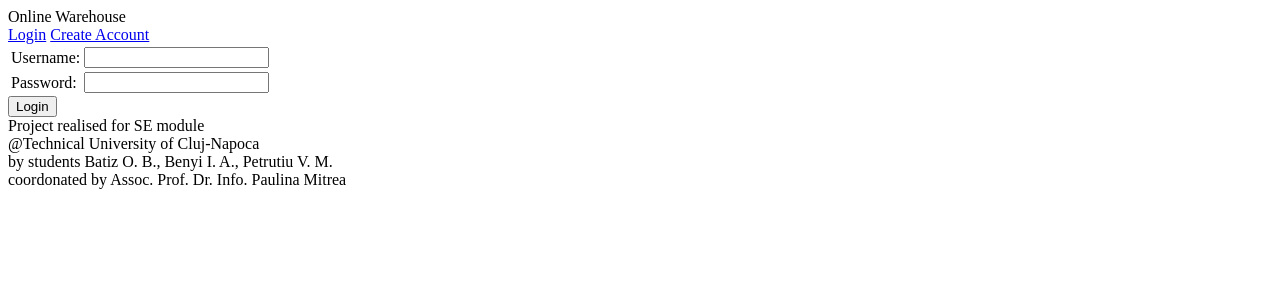
Repository: orsi-batiz/SEwithJSP
Page: http://localhost/OnlineWarehouse/login.jsp
The author's editor kept a copy of each file at every save. The page is drawn from the files as they stood at one save, then again after the next save.
The browser window is 1280 px wide. The pictures show the whole page.
The page is served by Tomcat 9.

Above is the page before, as saved 2019-01-16 17:01:43.

After the next save:
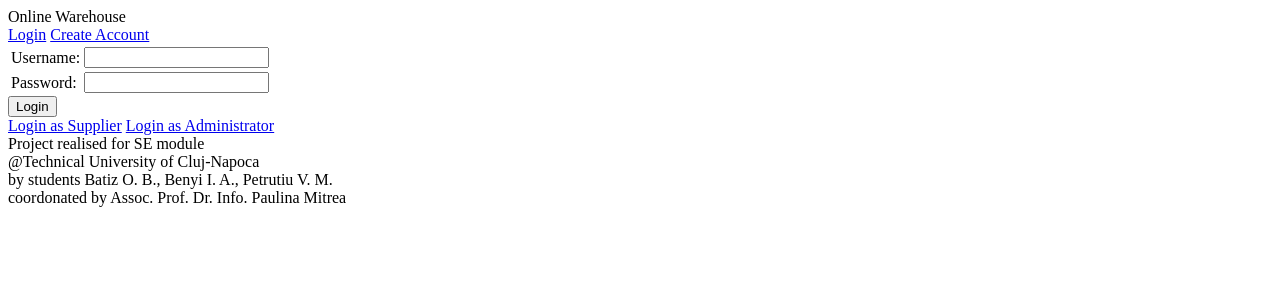
Saved 2 min 4 s later.
--- a/OnlineWarehouse/OnlineWarehouse/WebContent/login.jsp
+++ b/OnlineWarehouse/OnlineWarehouse/WebContent/login.jsp
@@ -20,6 +20,8 @@
 				</tr>
 				</table>
 				<input type="submit" value="Login" /></form>
+<a href="${pageContext.request.contextPath}/loginSupplier.jsp" >Login as Supplier</a>
+<a href="${pageContext.request.contextPath}/loginAdministrator.jsp" >Login as Administrator</a>
 <jsp:include page="footer.jsp" />
 </body>
 </html>
